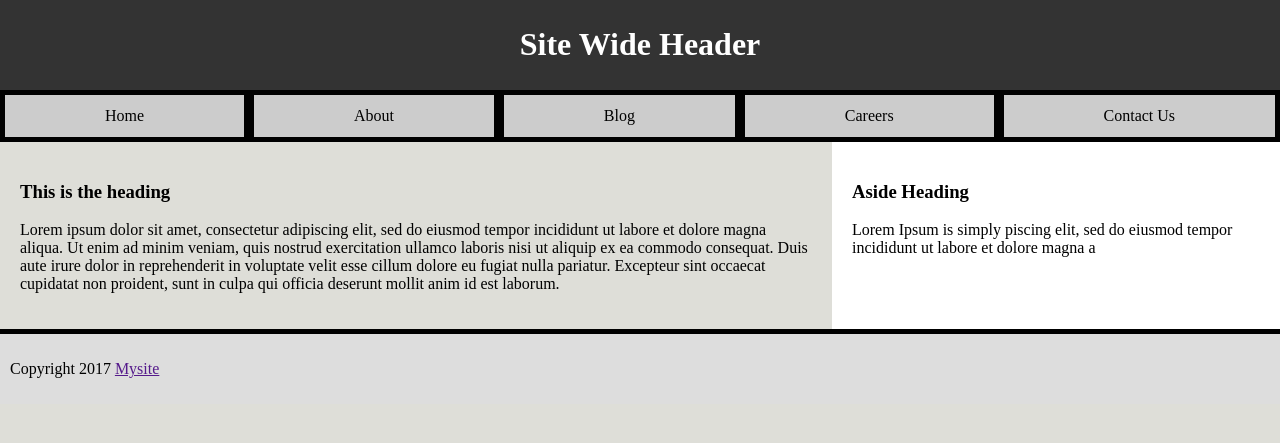
Repository: ayeza-baseer/AssignmentFlexbox
Page: assignment.html
These files come from the project's save history. The page is drawn as it stood at one moment and after the next save; the edit follows.
The browser window is 1280 px wide. The pictures show the whole page.

Above is the page before, as saved 2023-03-17 17:16:46.

After the next save:
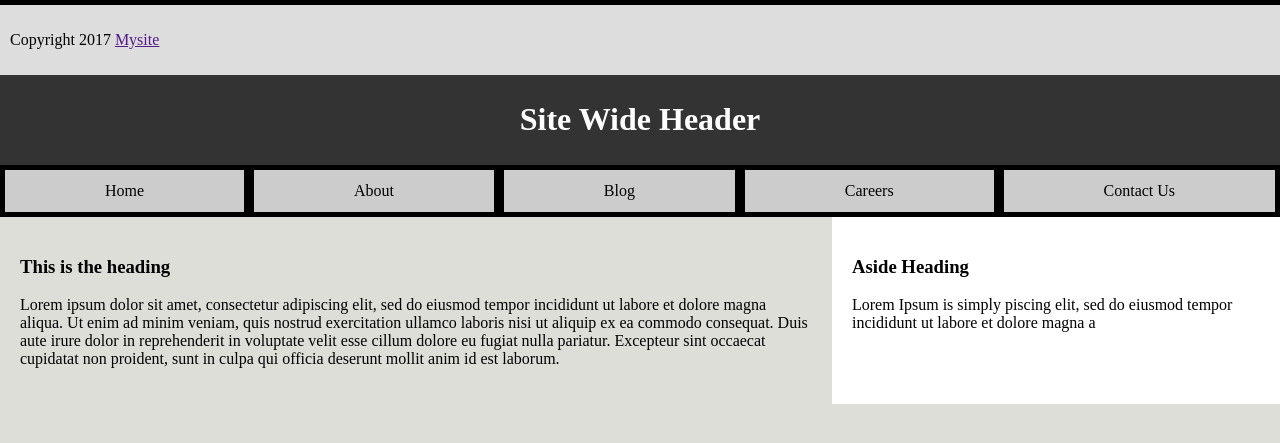
Saved 35 s later.
--- a/assignment.html
+++ b/assignment.html
@@ -29,15 +29,15 @@
         <p>Lorem Ipsum is simply  piscing elit, sed do eiusmod tempor incididunt ut labore et dolore magna a</p>
       </div>
     </div>
+    <footer class="footer">
+        <p>Copyright 2017 <a href> Mysite</a></p>
+    </footer>
 
 
 </div>
 
 
 
-<footer class="footer">
-    <p>Copyright 2017 <a href> Mysite</a></p>
-</footer>
 
 </body>
 </html>

After the save that followed:
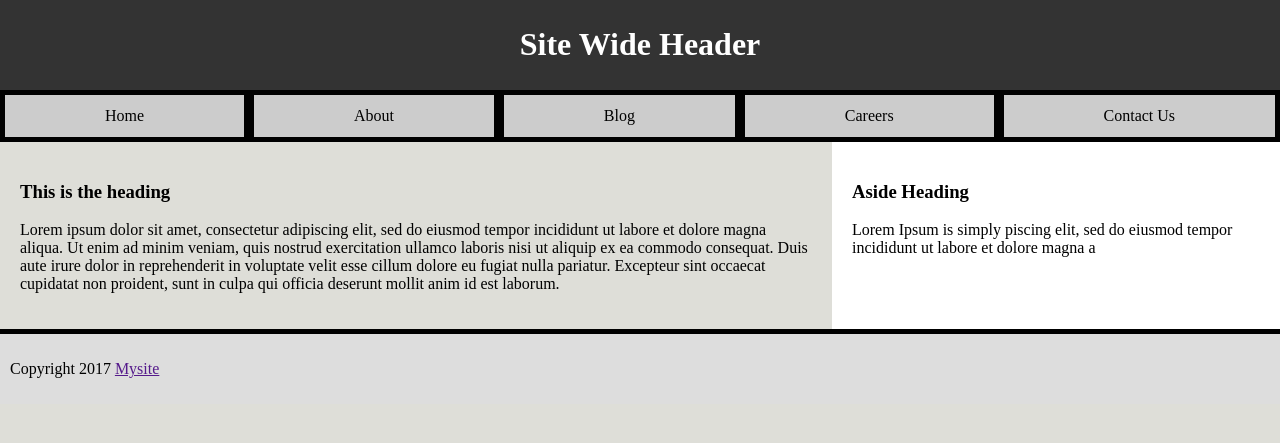
Saved 54 s later.
--- a/assignment.css
+++ b/assignment.css
@@ -65,6 +65,7 @@
       border-top: 5px solid black;
       background: #ddd;
      min-height:50px;
+     order:16;
     }
 
 
